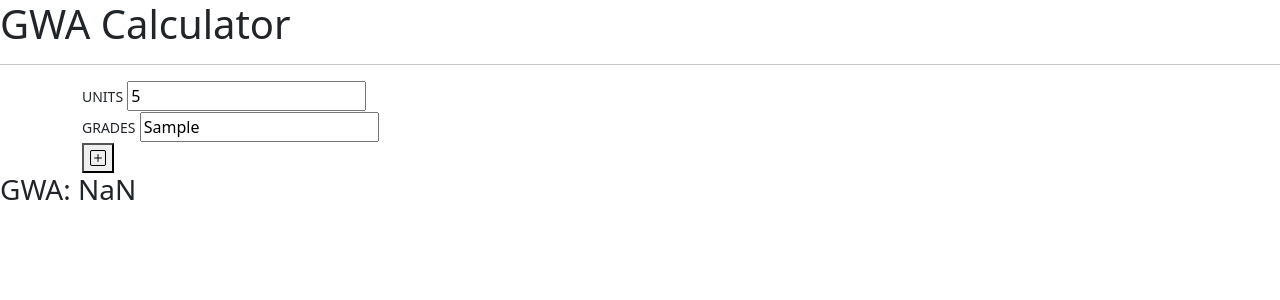
Repository: yonora/GWACalculator
Page: index.html
The author's editor kept a copy of each file at every save. The page is drawn from the files as they stood at one save, then again after the next save.
The browser window is 1280 px wide. The pictures show the whole page.
Empty fields were first filled with sample values (such as "Sample", 5 or name@example.com).
After loading, the first visible `input.col-form-control` was changed once.

Above is the page before, as saved 2025-01-07 22:37:53.

### index.html
<!DOCTYPE html>
<html lang="en">
<head>
    <meta charset="UTF-8">
    <meta name="viewport" content="width=device-width, initial-scale=1.0">
    <link rel="stylesheet" href="https://cdn.jsdelivr.net/npm/bootstrap@5.3.3/dist/css/bootstrap.min.css">
    <link rel="stylesheet" href="https://cdn.jsdelivr.net/npm/bootstrap-icons@1.11.3/font/bootstrap-icons.min.css">
    <script src="js.js"></script>
    <title>GWA Calculator</title>
</head>
<body>
    <h1>GWA Calculator</h1>
    <hr>
    <div class="container" id="container">
        <div class="grade-container" id="1">
            <div class="col-auto">
                <label class="col-form-label-sm">UNITS</label>
                <input type="number" class="col-form-control units"  min="1" oninput="getGWA()">
                <!-- <input type="number" class="col-form-control units"  min="1">  -->
            </div>
            <div class="col-auto">
                <label class="col-form-label-sm">GRADES</label>
                <input type="text" class="col-form-control grades" oninput="getGWA()">
                <!-- <input type="text" class="col-form-control grades"> -->
            </div>
            <button class="col-auto add" onclick="add()"><i class="bi bi-plus-square"></i></button>
        </div>
    </div>
    <!-- <button class="col-auto compute" onclick="getGWA()">Compute</button> -->
    <h3>GWA: <span id="gwa">0.00</span></h3>
</body>
</html>

### js.js
function add(){
    const container = document.getElementById('container');
    var lastIndex = document.querySelectorAll('.grade-container');
    console.log(`legth: ${lastIndex.length}`);
    lastIndex = lastIndex[lastIndex.length - 1];
    lastIndex = parseFloat(lastIndex.id);
    lastIndex++;
    console.log(`index: ${lastIndex}`);
    container.insertAdjacentHTML(
        'beforeend',
        `<div class="grade-container" id=${lastIndex}>
            <div class="col-auto">
                <label class="col-form-label-sm">UNITS</label>
                <input type="number" class="col-form-control units" min="1" oninput="getGWA()">
                <!--<input type="number" class="col-form-control units" min="1"> -->
            </div>
            <div class="col-auto">
                <label class="col-form-label-sm">GRADES</label>
                <input type="text" class="col-form-control grades" oninput="getGWA()">
                <!--<input type="text" class="col-form-control grades"> -->
            </div>
            <button class="col-auto add " onclick="add()"><i class="bi bi-plus-square"></i></button>
        </div>`
    );
    var previousContainer = document.querySelectorAll('.grade-container');
    previousContainer = previousContainer[previousContainer.length - 2];
    console.log(`last index: ${previousContainer.id}`);
    previousContainer.insertAdjacentHTML(
        'beforeend',
        `<button class="col-auto remove" onclick="remove(${previousContainer.id})"><i class="bi bi-x"></i></button>`
    );
    var add = document.querySelectorAll('.add');
    add = add[add.length - 2];
    add.remove();
}

function remove(id){
    var row = document.getElementById(`${id}`)
    row.remove();
    getGWA();
}

function getUnits(units, grades){
    var totalUnits = 0;

    for(let i=0; i<units.length; i++){
        const unit = parseFloat(units[i].value);
        const grade = parseFloat(grades[i].value);
        if (grade > 0){
            totalUnits += unit;
        }
    }
    return totalUnits;
}


function getGWA(){
    const grades = document.querySelectorAll('.grades');
    const units = document.querySelectorAll('.units');
    const totalUnits = getUnits(units, grades);
    var gwa = 0.00;

    for(let i=0; i<grades.length; i++){
        let unit = parseFloat(units[i].value) || 0;
        let grade = parseFloat(grades[i].value) || 0;
        console.log(grade, unit);
        gwa += (grade * unit) / totalUnits;
        document.getElementById('gwa').innerHTML = gwa.toFixed(2);
    }
}

After the next save:
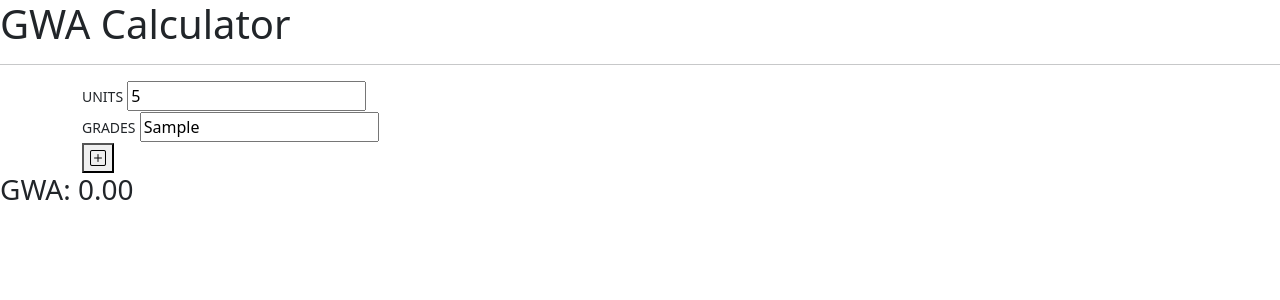
Saved 49 s later.
--- a/js.js
+++ b/js.js
@@ -63,8 +63,10 @@ function getGWA(){
     for(let i=0; i<grades.length; i++){
         let unit = parseFloat(units[i].value) || 0;
         let grade = parseFloat(grades[i].value) || 0;
-        console.log(grade, unit);
-        gwa += (grade * unit) / totalUnits;
-        document.getElementById('gwa').innerHTML = gwa.toFixed(2);
+        if(grade > 0) {
+            gwa += (grade * unit) / totalUnits;
+            document.getElementById('gwa').innerHTML = gwa.toFixed(2);
+        }
+
     }
 }
